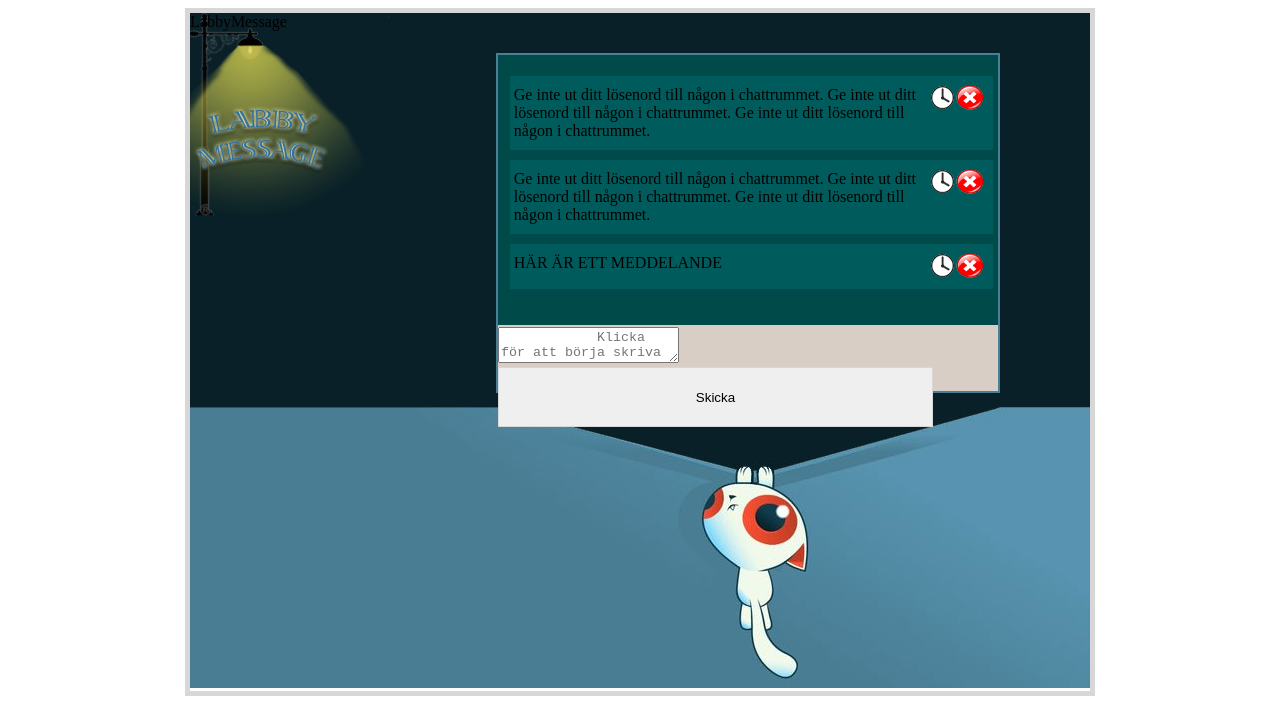
Repository: RebeccaFransson/1dv403-laborationer
Page: 2-labbymezzage/index.html
The author's editor kept a record of every edit. The page is drawn from the files as they stood at one moment, then again after the next edit.
The browser window is 1280 px wide. The pictures show the whole page.

Above is the page before.

### 2-labbymezzage/index.html
<!DOCTYPE html>
<html lang="sv">
<head>
	<meta charset="UTF-8" />
	<link rel="stylesheet" href="css/style.css" />
 	<title>JavaScript - Labby Mezzage</title>
</head>
    <body>
        <content>
            <header>LabbyMessage</header>
            <main>
                <div id="message">
                    <ul>
                        <li> <div class="delete icons"></div><div class="time icons"></div> Ge inte ut ditt lösenord till någon i chattrummet. Ge inte ut ditt lösenord till någon i chattrummet. Ge inte ut ditt lösenord till någon i chattrummet. </li>
                        <li> <div class="delete icons"></div><div class="time icons"></div> Ge inte ut ditt lösenord till någon i chattrummet. Ge inte ut ditt lösenord till någon i chattrummet. Ge inte ut ditt lösenord till någon i chattrummet. </li>
                        <li> <div class="delete icons"></div><div class="time icons"></div> HÄR ÄR ETT MEDDELANDE</li>

                    </ul>
                </div>

                <form>

     			    <textarea placeholder="            Klicka för att börja skriva ditt meddelande" type="text" id="text" ></textarea><input type="submit" name="" value="Skicka" id="send"/>
     			    <p id="value"></p>
    		    </form>

            </main>

 		</content>

    	<script src="MessageBoard.js"></script>
    	<script src="Message.js"></script>

    </body>
</html>

### 2-labbymezzage/css/style.css
content{
    width: 900px;
    height: 678px;
    margin:auto;
    border: 5px solid #d7d7d7;
    background-image: url('lappymezzage.jpg');
    display:block;
    background-repeat:no-repeat;
}
header{
    width: 200px;
    height: 300px;
    position: absolute;
    background-image: url('LOGO.png');
    display:block;
    background-repeat:no-repeat;
}
main{
    width: 500px;
    height: 336px;
    float: right;
    margin-right:90px;
    margin-top:40px;
    background-color:#D9CEC5;
    border: 2px solid rgb(75, 127, 149);
}
#message li{
    width: 102%;
    height: 100%;
    list-style: none;
    float:right;
    padding:10px;
    margin:5px;
    background-color:#005C5C;
    padding-left:4px;
}

#message{
    width: 500px;
    height: 270px;
    overflow:auto;
    background-color:#004A4A;
}
.icon{
    border: 5px solid #d7d7d7;
    float:right;
    display:block;
    background-repeat:no-repeat;
}
.time{
    float:right;
    width:25px;
    height:25px;
    background-image:url('clock.png');
     background-repeat:no-repeat;
}
.delete{
    float:right;
    background-image:url('delete.png');
    background-repeat:no-repeat;
    width:27px;
    height:24px;
}




/*********FORM AND BUTTON***********/
.button-secondary {
    background: rgb(66, 184, 221);
    color: white;
    border-radius: 4px;
    text-shadow: 0 1px 1px rgba(0, 0, 0, 0.2);
    height:62px;
    width:62px;
    float: right;
    padding: 2px;
}
content form{
    float: right;
    height: 50px;
    padding-top: 2px;
}
input{
    border: 0.5px solid #d7d7d7;
    width:435px;
    height: 60px;
    overflow:auto;
}

### 2-labbymezzage/MessageBoard.js
"use strict";
/* I denna fil körs vår applikation.
 * Vi använder window.onload för att starta applikationen när
 * fönstret laddat klart. *
 */



var messageBoard = {//här ska vara en metod som kommer trigga igång de andra metoderna

    messages: [],//skapar tom array

    init: function(){//privat function

        var submit = document.getElementById("send"); //knappen

        submit.addEventListener("click", function(a){//när vi klickar på submit hoppar vi
        messageBoard.newObjekt(a);//till newObject funktionenegenskapen
        });
                     //skapa nytt objekt med text och datum

                    /*console.log("konstrukot m. meddelande och tid: "+mess);
                    console.log("meddelandet: "+mess.getText());
                    mess.setText("byter text");
                    console.log("Nytt meddelande: "+mess);
                    console.log("datum: "+mess.getDate().getHours()+":"+ mess.getDate().getMinutes()+":"+ mess.getDate().getSeconds());
                    */
    },

    newObjekt: function(a){//här skapas ett nytt objekt t arrayn
        var text = document.querySelector("textarea"); //texten
        a.preventDefault(); //formuläret skickas inte vidare.
        messageBoard.messages.push(new Message(text.value, new Date())); // Läser in texten från textrutan och skickar till funktionen "newObjekt"
        console.log(messageBoard.messages[0].getText());
        var lastPost = messageBoard.messages.length;
        messageBoard.outputMessage(lastPost);

    },

    outputMessage: function(messageId){//här skrivs meddelandet ut
        var add = document.querySelector("#messageTag").querySelector("ul");//alla ul taggar i message-div

        //skapa nya div taggar och får ids som ska läggas till i add sedan
        var newLi = document.createElement("li");
        var newDelete = document.createElement("div");//skapar delete - div tag
        var newA = document.createElement("a");
        var newTime = document.createElement("div");
        var newPText = document.createElement("p");
        var newPDate = document.createElement("p");

        //sätter attribut till de nya taggarna
        newDelete.setAttribute("class", "delete");
        newA.setAttribute("href", "#");
        newTime.setAttribute("class", "time");

        //lägger till de nya taggarna
        add.appendChild(newLi);
        newLi.appendChild(newDelete);
        newLi.appendChild(newA);
        newLi.appendChild(newTime);
        newLi.appendChild(newPText);
        newLi.appendChild(newPDate);


        //Lägger till texten i p taggen
        newPText.innerHTML += messageBoard.messages.getHTMLText();
        console.log(messageBoard.messages.getHTMLText());

        //Lägger till datument i en annan p tagg
        newPDate.innerHTML += messageBoard.messages.getHTMLDate();
        console.log(messageBoard.messages.getHTMLDate());




    },

    makeMessage: function(){//skapa nytt meddelande objekt när send knapp klickad på.


    }




};
    //console.log(messageBoard.messages[1].getText());
window.onload = messageBoard.init;


/*var message = ['Ge inte ut ditt lösenord till någon']; //första meddelandet
message.push('här är ett meddelande');
console.log("Meddelanden i arrayn: "+message);
console.log("längd på arrayn: "+message.length);
console.log("Meddelanden nummer två: "+message);*/

### 2-labbymezzage/Message.js
"use strict";

function Message(message, date){

    this.getText = function(){
        return message;
    };

    this.setText = function(_text){//sätter texten till variablen message
        message = _text || "Här kommer din text komma när du skrivit något i textrutan nedan.";
    };

    this.getDate = function(){ //hämtar datumet
        return date;
    };

    this.setDate = function(_date){//sätter datumet till variablen the date
        date = _date;
    };

    Message.prototype.toString = function(){/*presentation av objektet som ligger
    på prototypen för att det ska skrivas ut x-antal ggr*/
    return this.getText()+"  ("+this.getDate()+")";
    };

    Message.prototype.getHTMLText = function(){//hämtar texten och ersätter \n med <br>
        return this.getText.replace(/\n/gi, "<br/>");
    };

    Message.prototype.getDateText = function(){ //hämtar dastumet så som det ska skrivas ut(hh,mm,ss)
        return this.getDate();
    };

}

After the next edit:
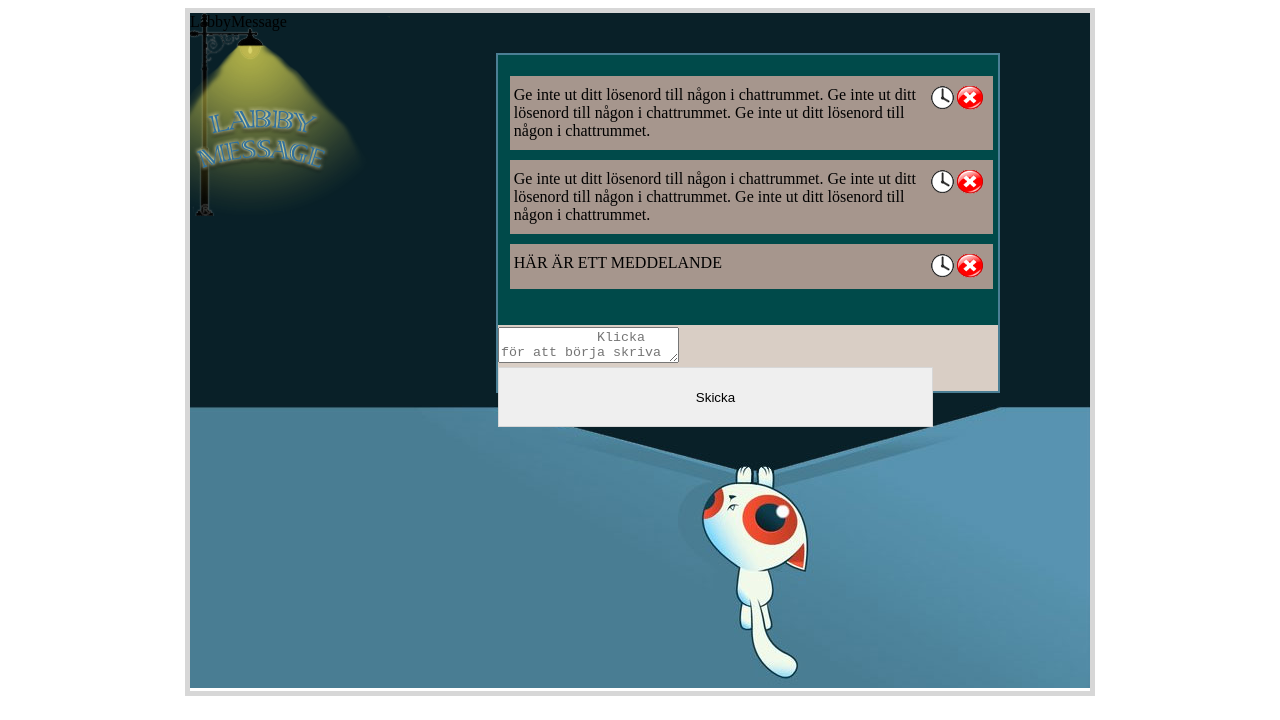
The edit:
--- a/2-labbymezzage/css/style.css
+++ b/2-labbymezzage/css/style.css
@@ -31,7 +31,7 @@
     float:right;
     padding:10px;
     margin:5px;
-    background-color:#005C5C;
+    background-color:#A6968D;
     padding-left:4px;
 }
 
